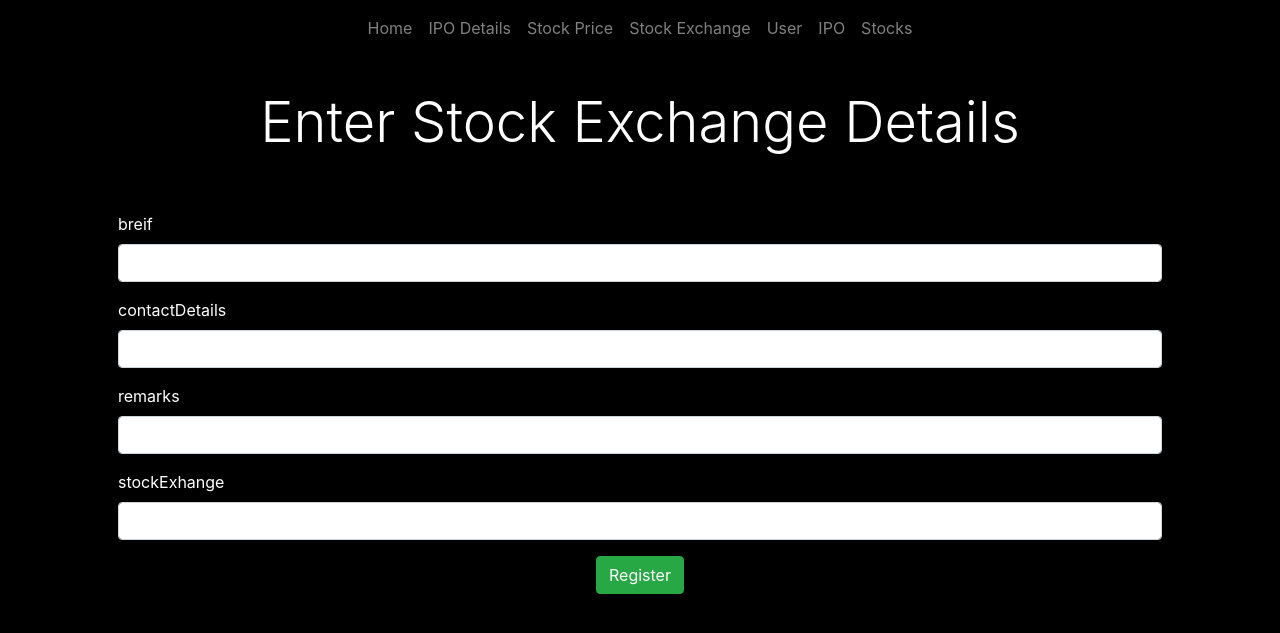
Repository: Gurudutt-S/cts-training
Page: http://localhost/StockExchangeChartingWeb/WEB-INF/views/stockExchanges.jsp
An editor plug-in stored every save of this project. The page is shown before and after the next save, followed by the edit.
The browser window is 1280 px wide. The pictures show the whole page.
The page is served by Tomcat 9. Nobody is signed in. Other server files are loaded and not shown. The template is opened directly, without the code that normally fills it, so the values that code supplies are empty.

Above is the page before, as saved 2020-02-12 10:08:12.
Console error (its wording comes from the project's code and is left out).

### Day_36/StockExchangeChartingWeb/src/main/webapp/WEB-INF/views/stockExchanges.jsp
<%@include file="header.jsp"%>
<%@taglib uri="http://www.springframework.org/tags/form" prefix="form"%>
<%@ taglib uri="http://java.sun.com/jsp/jstl/core" prefix="c"%>

<h2 class="display-4 text-center" >Enter Stock Exchange Details</h2>

<c:url var="exchangeUrl" value="/exchange/save" />

<div class="container p-5">
	<form:form action="${exchangeUrl }" modelAttribute="exchange">

		<div class="form-group">
			<form:label path="breif">breif</form:label>
			<form:input path="breif" class="form-control"></form:input>
		</div>
		<div class="form-group">
			<form:label path="contactDetails">contactDetails</form:label>
			<form:input path="contactDetails" class="form-control"></form:input>
		</div>
		<div class="form-group">
			<form:label path="remarks">remarks</form:label>
			<form:input path="remarks" class="form-control"></form:input>
		</div>
		<div class="form-group">
			<form:label path="stockExhange">stockExhange</form:label>
			<form:input path="stockExhange" class="form-control"></form:input>
		</div>
		<div class="text-center">
			<input type="submit" value="Register" class="btn btn-success">
		</div>
	</form:form>
</div>

</body>
</html>

### Day_36/StockExchangeChartingWeb/src/main/webapp/WEB-INF/views/header.jsp
<%@ page isELIgnored="false"%>
<%@ taglib uri="http://java.sun.com/jsp/jstl/core" prefix="c"%>
<html>
<head>
<link rel="stylesheet"
	href="https://stackpath.bootstrapcdn.com/bootstrap/4.4.1/css/bootstrap.min.css"
	integrity="sha384-Vkoo8x4CGsO3+Hhxv8T/Q5PaXtkKtu6ug5TOeNV6gBiFeWPGFN9MuhOf23Q9Ifjh"
	crossorigin="anonymous">
<script
	src="https://stackpath.bootstrapcdn.com/bootstrap/4.4.1/js/bootstrap.min.js"
	integrity="sha384-wfSDF2E50Y2D1uUdj0O3uMBJnjuUD4Ih7YwaYd1iqfktj0Uod8GCExl3Og8ifwB6"
	crossorigin="anonymous"></script>


</head>
<body style="color: white; background-color: black;">

	<nav class="navbar navbar-expand-lg navbar-dark ">
		<div class="collapse navbar-collapse">
			<ul class="navbar-nav mx-auto">
				<li class="nav-item"><a href="home" class="nav-link">Home</a></li>
				<li class="nav-item"><a href="ipoDetails" class="nav-link">IPO
						Details</a></li>
				<li class="nav-item"><a href="stockPrice" class="nav-link">Stock
						Price</a></li>
				<li class="nav-item"><a href="stockExchange" class="nav-link">Stock
						Exchange</a></li>
				<li class="nav-item"><a href="user-home" class="nav-link">User
						</a></li>
				<li class="nav-item"><a href="ipo-home" class="nav-link">IPO
						</a></li>
				<li class="nav-item"><a href="stockExchange-home" class="nav-link">Stocks
						</a></li>
			</ul>
		</div>
	</nav>

	<hr>

</body>
</html>

After the next save:
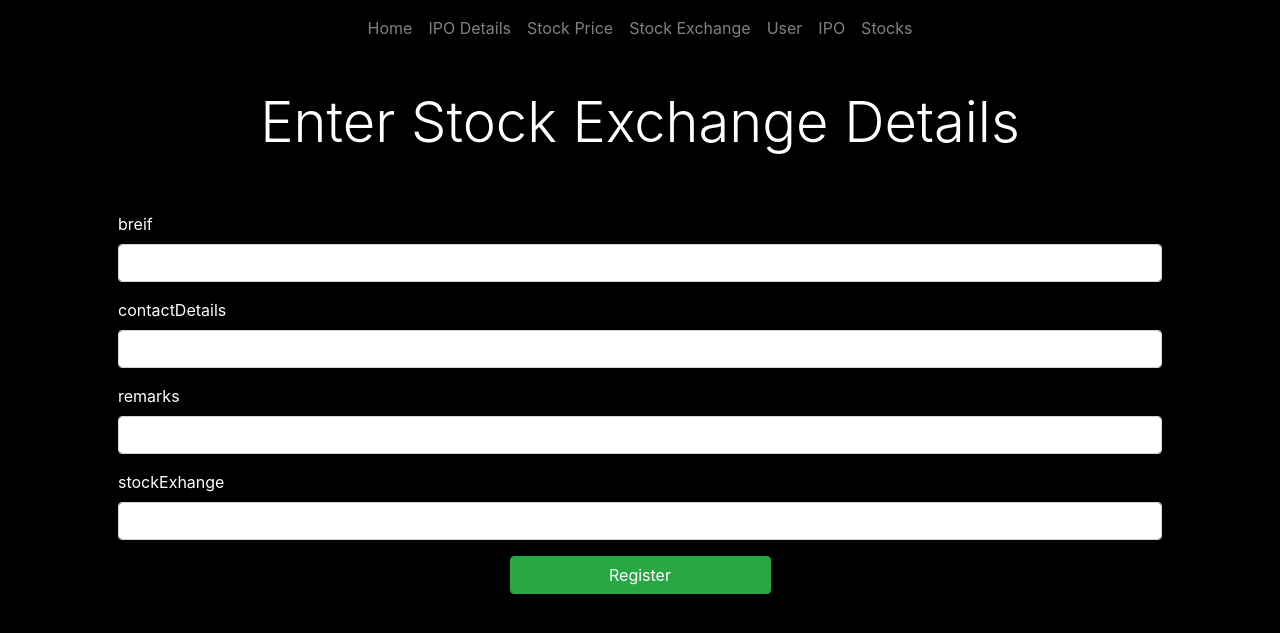
Saved 27 s later.
--- a/Day_36/StockExchangeChartingWeb/src/main/webapp/WEB-INF/views/stockExchanges.jsp
+++ b/Day_36/StockExchangeChartingWeb/src/main/webapp/WEB-INF/views/stockExchanges.jsp
@@ -26,7 +26,7 @@
 			<form:input path="stockExhange" class="form-control"></form:input>
 		</div>
 		<div class="text-center">
-			<input type="submit" value="Register" class="btn btn-success">
+			<input type="submit" value="Register" class="btn btn-success w-25">
 		</div>
 	</form:form>
 </div>
